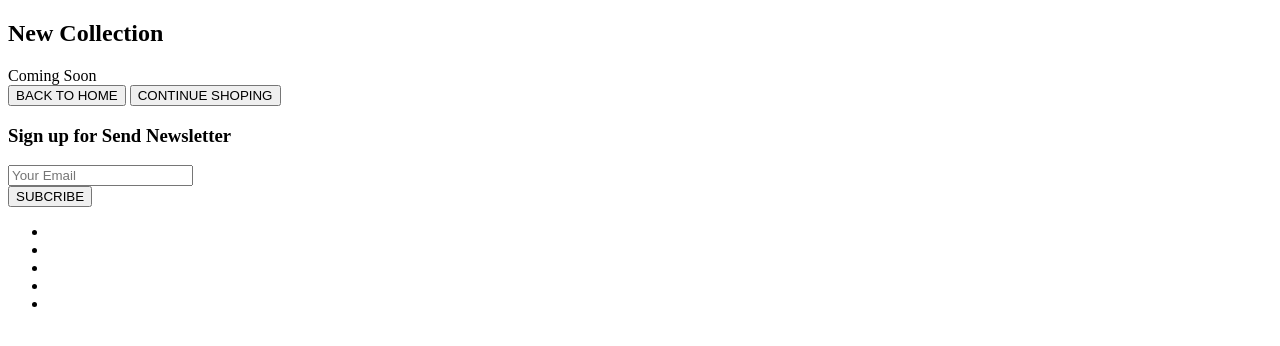
Repository: ST-United-Internship/Modaz-4life
Page: comingsoon&FAQ/commingsoon.html
The author's editor kept a copy of each file at every save. The page is drawn from the files as they stood at one save, then again after a run of saves.
The browser window is 1280 px wide. The pictures show the whole page.

Above is the page before, as saved 2023-03-22 16:48:25.

### comingsoon&FAQ/commingsoon.html
<!DOCTYPE html>
<!--[if IE 8 ]><html class="ie" xmlns="http://www.w3.org/1999/xhtml" xml:lang="en-US" lang="en-US"> <![endif]-->
<!--[if (gte IE 9)|!(IE)]><!--><html xmlns="http://www.w3.org/1999/xhtml" xml:lang="en-US" lang="en-US"><!--<![endif]-->
<head>
    <!-- Basic Page Needs -->
    <meta charset="utf-8">
    <!--[if IE]><meta http-equiv='X-UA-Compatible' content='IE=edge,chrome=1'><![endif]-->
    <title>Modaz HTML Template</title>

    <meta name="author" content="themesflat.com">

    <!-- Mobile Specific Metas -->
    <meta name="viewport" content="width=device-width, initial-scale=1, maximum-scale=1">
        <link rel="stylesheet" href="">

</head>
<body class="header_sticky header-style-2 has-menu-extra">


    <!-- Boxed -->
    <div class="boxed">
    	<section class="flat-row flat-coming-soon parallax parallax2">
    		<div class="overlay"></div>
            <div class="container">
                <div class="row">
                    <div class="col-md-12">
                        <div class="wrap-coming-soon text-center">
                        	<div class="header-coming-soon">
                        		<h2 class="sup-title">New Collection</h2>
                        		<div class="title">Coming Soon</div>
                        	</div>
                        	<div class="wrap-countdown">
                        		<div class="countdown"></div>
                        	</div>
                        	<div class="button flat-button">
								<button type="button" class="bg-white">BACK TO HOME</button>
								<button type="button">CONTINUE SHOPING</button>
							</div>
                        </div><!-- /.wrap-coming-soon -->
                    </div><!-- /.col-md-12 -->
                </div><!-- /.row -->
            </div><!-- /.container -->
        </section><!-- /.flat-row -->

		<section class="flat-row mail-chimp">
			<div class="container">
				<div class="row">
					<div class="col-md-4">
						<div class="text">
							<h3>Sign up for Send Newsletter</h3>
						</div>
					</div>
					<div class="col-md-8">
						<div class="subscribe clearfix">
							<form action="#" method="post" accept-charset="utf-8" id="subscribe-form">
								<div class="subscribe-content">
									<div class="input">
										<input type="email" name="subscribe-email" placeholder="Your Email">
									</div>
									<div class="button">
										<button type="button">SUBCRIBE</button>
									</div>
								</div>
							</form>
							<ul class="flat-social">
								<li><a href="#"><i class="fa fa-facebook"></i></a></li>
								<li><a href="#"><i class="fa fa-twitter"></i></a></li>
								<li><a href="#"><i class="fa fa-google"></i></a></li>
								<li><a href="#"><i class="fa fa-behance"></i></a></li>
								<li><a href="#"><i class="fa fa-linkedin"></i></a></li>
							</ul><!-- /.flat-social -->
						</div><!-- /.subscribe -->
					</div>
				</div>
			</div>
		</section><!-- /.mail-chimp -->

    </div>


</body>
</html>

After the next 2 saves:
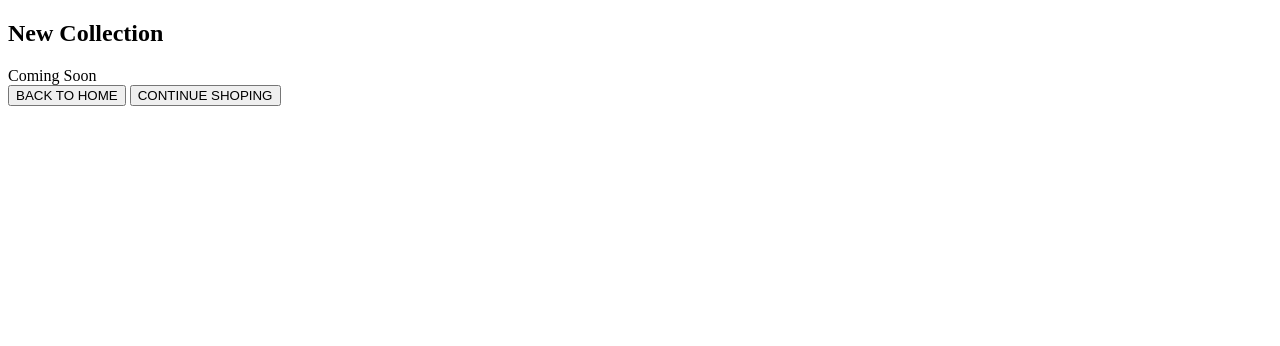
The 2 saves are shown as one change because they came seconds apart.
The last was saved 11 s later.
--- a/comingsoon&FAQ/commingsoon.html
+++ b/comingsoon&FAQ/commingsoon.html
@@ -42,38 +42,8 @@
             </div><!-- /.container -->
         </section><!-- /.flat-row -->
 
-		<section class="flat-row mail-chimp">
-			<div class="container">
-				<div class="row">
-					<div class="col-md-4">
-						<div class="text">
-							<h3>Sign up for Send Newsletter</h3>
-						</div>
-					</div>
-					<div class="col-md-8">
-						<div class="subscribe clearfix">
-							<form action="#" method="post" accept-charset="utf-8" id="subscribe-form">
-								<div class="subscribe-content">
-									<div class="input">
-										<input type="email" name="subscribe-email" placeholder="Your Email">
-									</div>
-									<div class="button">
-										<button type="button">SUBCRIBE</button>
-									</div>
-								</div>
-							</form>
-							<ul class="flat-social">
-								<li><a href="#"><i class="fa fa-facebook"></i></a></li>
-								<li><a href="#"><i class="fa fa-twitter"></i></a></li>
-								<li><a href="#"><i class="fa fa-google"></i></a></li>
-								<li><a href="#"><i class="fa fa-behance"></i></a></li>
-								<li><a href="#"><i class="fa fa-linkedin"></i></a></li>
-							</ul><!-- /.flat-social -->
-						</div><!-- /.subscribe -->
-					</div>
-				</div>
-			</div>
-		</section><!-- /.mail-chimp -->
+
+
 
     </div>
 
